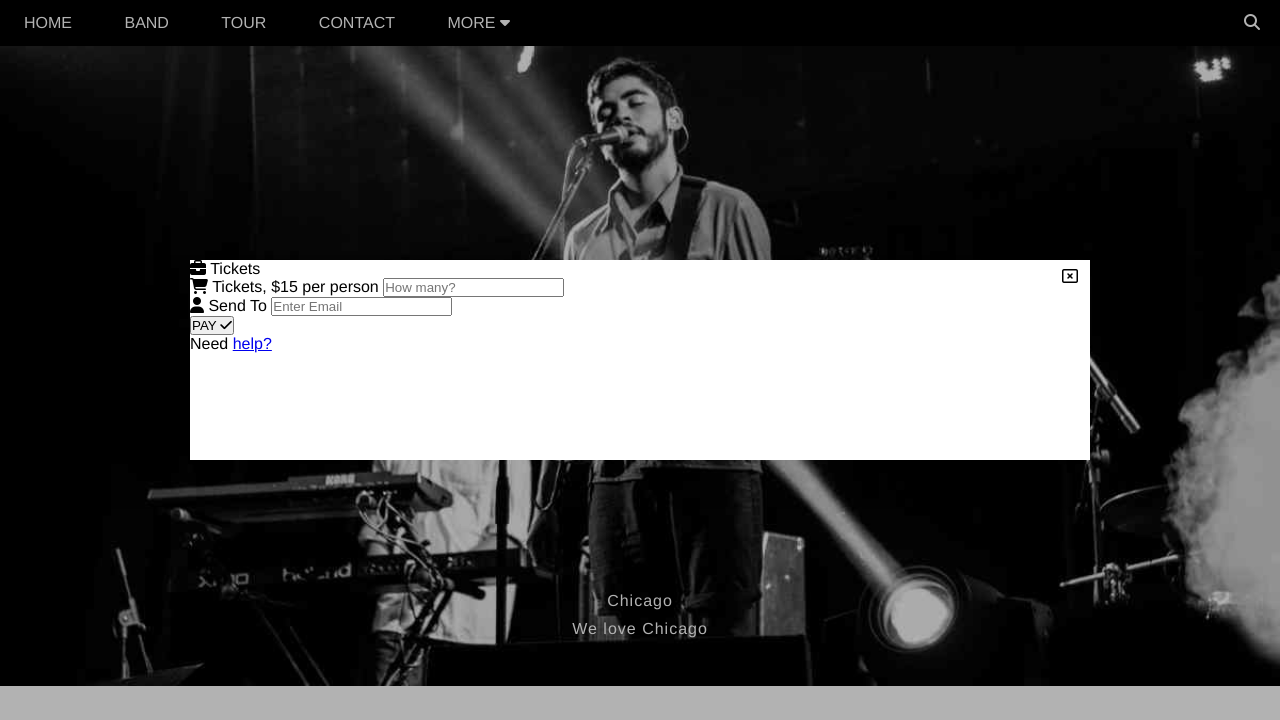
Repository: NguyenMinhChau/Theband
Page: index.html
These files come from the project's save history. The page is drawn as it stood at one moment and after the next save; the edit follows.
The browser window is 1280 px wide. The pictures show the window.
A layer covers the whole window, so only the first screen is drawn. Some web libraries are served in a nearby version.

Above is the page before, as saved 2021-10-23 12:56:29.

### index.html
<!DOCTYPE html>
<html lang="en">
<head>
    <meta charset="UTF-8">
    <meta http-equiv="X-UA-Compatible" content="IE=edge">
    <meta name="viewport" content="width=device-width, initial-scale=1.0">
    <title>THE BAND</title>
    <link rel="icon" href="https://www.w3schools.com/w3css/img_la.jpg"/>
    <script src="https://kit.fontawesome.com/a7b0f58175.js" crossorigin="anonymous"></script>
    <link rel="stylesheet" href="./assets/css/style.css">
</head>
<body>
    <div id="main">
        <div id="header">
            <!-- Begin Navigation -->
            <ul id="nav">
                <li><a href="#">Home</a></li>
                <li><a href="#">Band</a></li>
                <li><a href="#">Tour</a></li>
                <li><a href="#">Contact</a></li>
                <li><a href="#">More <i class="fas fa-caret-down"></i></a>
                    <ul class="subnav">
                        <li><a href="#">Merchandise</a></li>
                        <li><a href="#">Extras</a></li>
                        <li><a href="#">Media</a></li>
                    </ul>
                </li>
            </ul>
            <!-- End Navigation -->

            <!-- Begin Search -->
            <div class="icon-search">
                <a href="#"><i class="header-icon-search fas fa-search"></i></a>
            </div>
            <!-- End Search -->
        </div>

        <div id="slider">
            <div class="description">
                <h4>Chicago</h4>
                <p>We love Chicago</p>
            </div>
        </div>

        <div id="content">
            <!-- section: dành cho những phần dùng chung -->
            <!-- ABOUT SECTION -->
            <div class="content-section">
                <h2 class="section-heading">The Band</h2>
                <p class="section-subheading">We love music</p>
                <p class="about-text">We have created a fictional band website. Lorem ipsum dolor sit amet, consectetur adipiscing elit, sed do eiusmod tempor incididunt ut labore et dolore magna aliqua. Ut enim ad minim veniam, quis nostrud exercitation ullamco laboris nisi ut aliquip ex ea commodo consequat. Duis aute irure dolor in reprehenderit in voluptate velit esse cillum dolore eu fugiat nulla pariatur. Excepteur sint occaecat cupidatat non proident, sunt in culpa qui officia deserunt mollit anim id est laborum consectetur adipiscing elit, sed do eiusmod tempor incididunt ut labore et dolore magna aliqua. Ut enim ad minim veniam, quis nostrud exercitation ullamco laboris nisi ut aliquip ex ea commodo consequat.</p>
                <div class="members-list">
                    <div class="member-item">
                        <p class="member-name">Name</p>
                        <img src="./assets/img/about_member01.jpg" alt="" class="member-avata">
                    </div>
                    <div class="member-item">
                        <p class="member-name">Name</p>
                        <img src="./assets/img/about_member01.jpg" alt="" class="member-avata">
                    </div>
                    <div class="member-item">
                        <p class="member-name">Name</p>
                        <img src="./assets/img/about_member01.jpg" alt="" class="member-avata">
                    </div>
                    <div class="clear"></div>
                </div>
            </div>

            <!-- TOUR SECTION -->
            <div class="tour-section">
                <div class="content-section">
                    <h2 class="section-heading text-white">Tours Dates</h2>
                    <p class="section-subheading text-white">Remember to book your tickets!</p>
                    <ul class="tickets-list">
                        <li>September <span class="sold-out">Sold out</span></li>
                        <li>October <span class="sold-out">Sold out</span></li>
                        <li>November <span class="quantity">3</span></li>
                    </ul>
                    <div class="places-list">
                        <div class="place-item">
                            <img src="./assets/img/tour_place01.jpg" alt="New York" class="place-img">
                            <div class="place-body">
                                <h3 class="place-heading">New York</h3>
                                <p class="place-time">Fri 27 Nov 2016</p>
                                <p class="plave-desc">Praesent tincidunt sed tellus ut rutrum sed vitae justo.</p>
                                <a href="#" class="place-buy-btn">Buy Tickets</a>
                            </div>
                        </div>
                        <div class="place-item">
                            <img src="./assets/img/tour_place_02.jpg" alt="New York" class="place-img">
                            <div class="place-body">
                                <h3 class="place-heading">Paris</h3>
                                <p class="place-time">Sat 28 Nov 2016</p>
                                <p class="plave-desc">Praesent tincidunt sed tellus ut rutrum sed vitae justo.</p>
                                <a href="#" class="place-buy-btn">Buy Tickets</a>
                            </div>
                        </div>
                        <div class="place-item">
                            <img src="./assets/img/tour_place_03.jpg" alt="New York" class="place-img">
                            <div class="place-body">
                                <h3 class="place-heading">San Francisco</h3>
                                <p class="place-time">Sun 29 Nov 2016</p>
                                <p class="plave-desc">Praesent tincidunt sed tellus ut rutrum sed vitae justo.</p>
                                <a href="#" class="place-buy-btn">Buy Tickets</a>
                            </div>
                        </div>
                        <div class="clear"></div>
                    </div>
                </div>
            </div>

            <!-- CONTACT SECTION -->
            <div class="content-section">
                <h2 class="section-heading">Contact</h2>
                <p class="section-subheading">Fan? Drop a note!</p>
            </div>
        </div>

        <div id="footer">

        </div>
    </div>
    <!-- BEGIN MODEL -->
    <div class="modal">
        <div class="modal-container">
            <div class="modal-close">
                <i class="far fa-window-close"></i>
            </div>

            <header class="modal-header">
                <i class="fas fa-briefcase"></i> Tickets
            </header>

            <div class="modal-body">
                <div class="form-group">
                    <label for="" class="modal-label">
                        <i class="fas fa-shopping-cart"></i>
                        Tickets, $15 per person
                    </label>
                    <input type="text" class="modal-input" placeholder="How many?">
                </div>

                <div class="form-group">
                    <label for="" class="modal-label">
                        <i class="fas fa-user"></i>
                        Send To
                    </label>
                    <input type="email" class="modal-input" placeholder="Enter Email">
                </div>

                <button id="buy-tickets">
                    PAY <i class="fas fa-check"></i>
                </button>
            </div>

            <footer class="modal-footer">
                <p class="modal-help">Need
                    <a href="#">help?</a>
                </p>
            </footer>
        </div>
    </div>
    <!-- END MODAL -->
    <script src="assets/js/main.js"></script>
</body>
</html>

### assets/css/style.css
:root{
    --header-height: 46px;
}
*{
    box-sizing: border-box;
    margin: 0;
    padding: 0;
}

html{
    font-family: Helvetica, Arial, sans-serif;
}

.clear{
    clear: both;
}

.text-white{
    color: #fff !important;
}

/* BEGIN CSS HEADER */
#header{
    height: var(--header-height);
    background-color: #000;
    position: fixed;
    top: 0;
    left: 0;
    right: 0;
}

#nav{
    display: inline-block;
}

#nav,
#subnav{
    list-style-type: none;
}

#nav li{
    display: inline-block;
    position: relative;
}

#nav > li > a{
    color: #fff;
    text-transform: uppercase;
}

#nav li a {
    text-decoration: none;
    line-height: var(--header-height);
    padding: 0 24px;

    display: block;
}

#nav > li:hover > a,
#nav .subnav li:hover a {
    color: #000;
    background-color: #ccc;
}

#nav > li:hover .subnav{
    display: block;
}

#nav .subnav{
    display: none;
    position: absolute;
    background-color: #fff;
    box-shadow: 0 0 10px rgba(0,0,0,0.3);
    color: #000;
    top: 100%;
    left: 0;
}

#nav .subnav li a{
    color: #000;
    padding: 0 12px;
    line-height: 38px;
    min-width: 160px;
}

#nav .subnav li{
    display: block;
}

#header .icon-search{
    /* position: absolute;
    top: 0;
    right: 0; */
    float: right;
    line-height: var(--header-height);
    padding: 0 20px;
}

#header .icon-search a{
    text-decoration: none;
}

#header .icon-search:hover{
    background-color: rgb(255, 39, 39);
    cursor: pointer;
}

#header .icon-search .header-icon-search{
    color: #fff;
}
/* END CSS HEADER */


/* BEGIN CSS SLIDER */
#slider{
    position: relative;
    margin-top: var(--header-height);
    /* Kỹ thuật tạo ảnh không bị méo khi thay đổi kích thước */
    padding-top: 50%; /* % là theo chiều ngang của chính nó*/

    /* Khi dùng padding như trên -> ta dùng bg-image để tạo ảnh vì có thể đổ ảnh từ padding */
    background: url('../img/slider_band_chicago.jpg') no-repeat center / cover;
    z-index: -1;
}

#slider .description{
    position: absolute;
    bottom: 0;
    left: 50%;
    transform: translateX(-50%);

    color: #fff;
    text-align: center;
    margin-bottom: 48px;
    letter-spacing: 1px;
}

#slider .description h4,
#slider .description p{
    text-shadow: 0 0 10 rgba(0,0,0,0.5);
}

#slider .description h4{
    font-weight: 540;
    padding: 10px 0;
}
/* END CSS SLIDER */

/* BEGIN CSS CONTENT */
/* CSS ABOUT */
#content .content-section{
    width: 800px;
    margin: auto;
    padding: 64px 0;
}

#content .section-heading,
#content .section-subheading{
    text-align: center;
}

#content .section-heading{
    font-size: 30px;
    font-weight: 500;
    text-transform: uppercase;
    letter-spacing: 4px;
}

#content .section-subheading{
    font-size: 15px;
    font-style: italic;
    margin: 25px 0;
    opacity: 0.7;
}

#content .about-text{
    text-align: justify;
    font-size: 15px;
    line-height: 1.4;
}

#content .members-list{
    margin-top: 48px;
}

#content .member-item{
    float: left;
    text-align: center;
    width: calc(100% / 3);
}

#content .member-name{
    font-size: 15px;
}

#content .member-avata{
    margin-top: 15px;
    width: 154px;
    border-radius: 5px;
}

/* CSS TOUR */
#content .tour-section{
    background-color: #000;
}

#content .tickets-list{
    background-color: #fff;
    margin: 40px 0;
    list-style: none;
}

#content .tickets-list li{
    font-size: 15px;
    padding: 12px 16px;
    border-bottom: 1px solid #ddd;
    color: #757575;
}

#content .tickets-list .sold-out{
    background-color: #f44336;
    color: #fff;
    padding: 3px 4px;
    margin-left: 16px;
}

#content .tickets-list .quantity{
    float: right;
    background-color: #000;
    border-radius: 50%;
    width: 24px;
    height: 24px;
    color: #fff;
    text-align: center;
    line-height: 24px;
    margin-top: -3px;
}

#content .tour-section .places-list{
    margin: 0 -8px 48px;
}

#content .place-item{
    float: left;
    width: calc(100% / 3);
    padding: 0 8px;
}

#content .place-img{
    width: 100%;
    display: block;
}

#content .place-img:hover{
    opacity: 0.7;
}

#content .place-body{
    background-color: #fff;
    padding: 16px;
    font-size: 15px;
}

#content .place-heading{
    font-weight: 550;
}

#content .place-time{
    margin: 15px 0;
    color: #757575;
}

#content .plave-desc{
    line-height: 1.4;
}

#content .place-buy-btn{
    text-decoration: none;
    background-color: #000;
    color: #fff;
    padding: 11px 16px;
    /* Khắc phục tình trạng button che thẻ description */
    display: inline-block;
    margin-top: 15px;
}

#content .place-buy-btn:hover{
    background-color: #ccc;
    color: #000;
}
/* END CSS CONTENT */


#footer{

}

/* BEGIN CSS MODAL */
.modal{
    position: fixed;
    top: 0;
    bottom: 0;
    right: 0;
    left: 0;
    background: rgba(0,0,0,0.3);
    display: flex;
    align-items: center;
    justify-content: center;
    padding: 0 15px;
}

.modal-container{
    position: relative;
    background-color: #fff;
    width: 900px;
    min-height: 200px;
}

.modal-close{
    position: absolute;
    top: 8px;
    right: 12px;
}

.modal-header{
    height: 129ox;
    background: #
}

.modal-body{

}

.modal-label{

}

.modal-input{

}
/* END CSS MODAL */

Loaded but not shown: assets/js/main.js (no stored copy; drawn as an empty file)

After the next save:
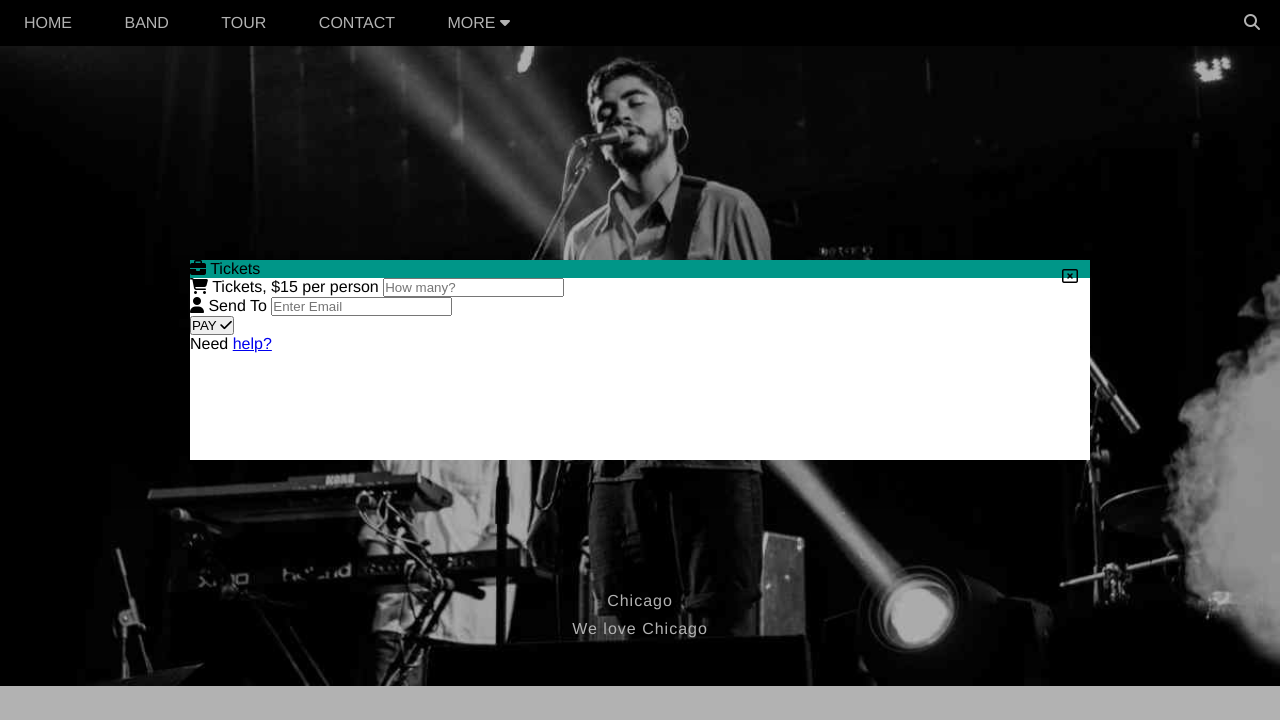
Saved 4 s later.
--- a/assets/css/style.css
+++ b/assets/css/style.css
@@ -324,7 +324,7 @@
 
 .modal-header{
     height: 129ox;
-    background: #
+    background: #009688;
 }
 
 .modal-body{
